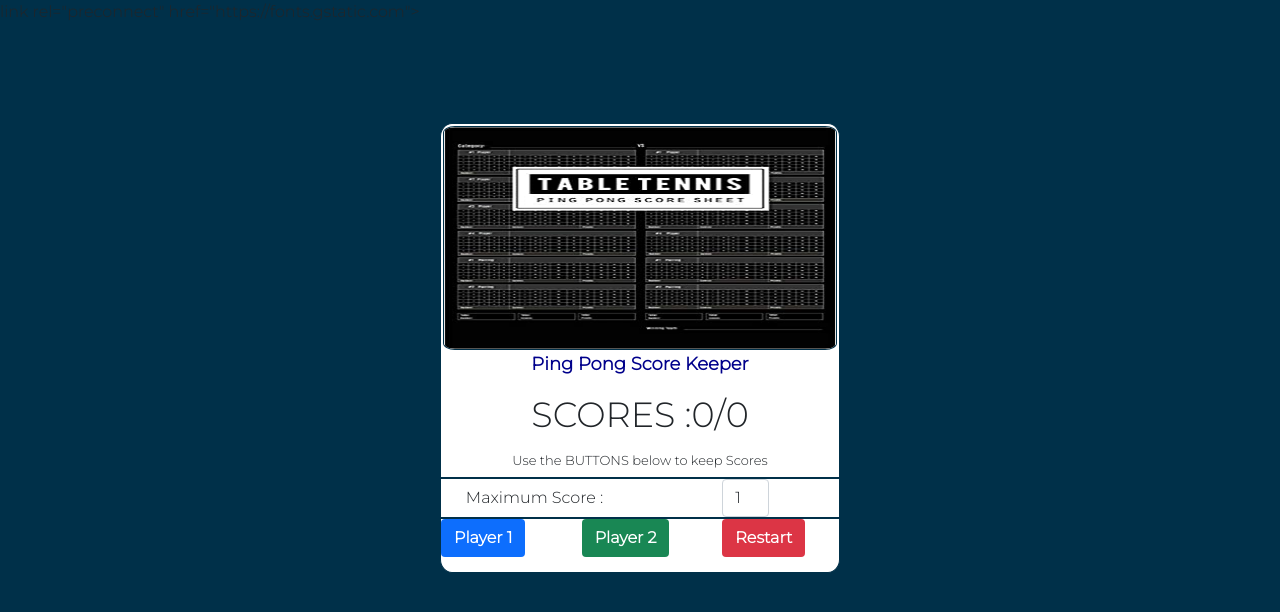
Repository: uditjain100/JavaScript-for-Web
Page: 9.Score Keeper Project/sk.html
An editor plug-in stored every save of this project. The page is shown before and after the next save, followed by the edit.
The browser window is 1280 px wide. The pictures show the whole page.

Above is the page before, as saved 2021-01-23 11:21:52.

### 9.Score Keeper Project/sk.html
<!DOCTYPE html>
<html lang="en">
  <head>
    <meta charset="UTF-8" />
    <meta name="viewport" content="width=device-width, initial-scale=1.0" />
    <title>Score Keeper</title>
    <link
      href="https://cdn.jsdelivr.net/npm/bootstrap@5.0.0-beta1/dist/css/bootstrap.min.css"
      rel="stylesheet"
      integrity="sha384-giJF6kkoqNQ00vy+HMDP7azOuL0xtbfIcaT9wjKHr8RbDVddVHyTfAAsrekwKmP1"
      crossorigin="anonymous"
    />
    link rel="preconnect" href="https://fonts.gstatic.com">
    <link
      href="https://fonts.googleapis.com/css2?family=Montserrat:wght@300&display=swap"
      rel="stylesheet"
    />
    <link rel="stylesheet" href="app.css" />
  </head>
  <body>
    <div class="container">
      <div id="mainbody" class="main" style="height: 450px">
        <img
          src="image.png"
          alt="Table_Tennis"
          class="img-fluid mx-auto"
          style="width: 99%; height: 50%"
        />

        <h6 id="heading" class="diaply-10">Ping Pong Score Keeper</h6>

        <div id="scores" class="scores m-2 p-1 mx-auto">
          <span id="score1" class="score">SCORES :</span>
          <span id="score2" class="score">0</span
          ><span id="score3" class="score">/</span
          ><span id="score4" class="score">0</span>
        </div>

        <h6 id="instruction">Use the BUTTONS below to keep Scores</h6>

        <div id="maxScores" class="row">
          <div class="col-6">
            <h6 id="max_score" class="display-10 fw-4">Maximum Score :</h6>
          </div>
          <div id="select_02" class="col-2">
            <select class="form-control" name="max-score" id="max-score">
              <option value="1">1</option>
              <option value="2">2</option>
              <option value="3">3</option>
              <option value="4">4</option>
              <option value="5">5</option>
            </select>
          </div>
        </div>

        <div id="allbtns" class="row">
          <div class="col">
            <button id="p1_btn" class="btn bg-primary">Player 1</button>
          </div>
          <div class="col">
            <button id="p2_btn" class="btn bg-success">Player 2</button>
          </div>
          <div class="col">
            <button id="reset" class="btn bg-danger">Restart</button>
          </div>
        </div>

        <!-- ********************* -->
      </div>
    </div>

    <script src="app.js"></script>
  </body>
</html>

### 9.Score Keeper Project/app.css
body {
  background-color: #003049;
  font-family: "Montserrat";
}

.container {
  display: flex;
  justify-content: center;
  align-items: center;
  min-height: 90vh;
}

img {
  display: flex;
  justify-content: center;
  margin-top: 2px;
  border: 0.5px #003049 solid;
  border-radius: 3%;
}

#mainbody {
  background-color: white;
  border: 0.5px #003049 solid;
  border-radius: 3%;
  width: 400px;
}

#heading {
  margin: 3px;
  padding: 1px;
  text-align: center;
  color: darkblue;
  font-weight: 900;
  font-size: large;
  font-family: "Montserrat";
}

#scores {
  display: flex;
  justify-content: center;
  align-items: center;
}

#instruction {
  text-align: center;
  font-size: small;
}

#maxScores {
  display: flex;
  align-items: center;
  border-top: 2px #003049 solid;
  border-bottom: 2px #003049 solid;
}

#max_score {
  padding: 2px;
  margin: 0px auto;
  text-align: center;
}

#select_02 {
  margin: 0px auto;
}

#score1 {
  text-align: center;
  font-size: 35px;
}
#score2 {
  text-align: center;
  font-size: 35px;
}
#score3 {
  text-align: center;
  font-size: 35px;
}
#score4 {
  text-align: center;
  font-size: 35px;
}

.btn {
  color: white;
  font-weight: 900;
}

#allbtns {
  display: flex;
  justify-content: space-evenly;
  align-items: center;
}

### 9.Score Keeper Project/app.js
var p1_score = document.querySelector("#score2");
var p2_score = document.querySelector("#score4");

var p1_btn = document.querySelector("#p1_btn");
var p2_btn = document.querySelector("#p2_btn");
var reset_btn = document.querySelector("#reset");

var max_score_selector = document.querySelector("#max-score");

var i = 0;
var j = 0;
var max = 5;
var isGameOyer = false;

max_score_selector.addEventListener("change", () => {
  max = this.value;
  reset();
});

p1_btn.addEventListener("click", () => {
  if (!isGameOyer) {
    if (i + 1 === max) {
      p1_score.innerText = ++i;
      p1_score.style.color = "Green";
      p2_score.style.color = "Red";
      i = 0;
      j = 0;
      isGameOyer = true;
      alert("Restart Game :)");
    } else {
      console.log("Heyyyyyyyyyyyy !!");
      p1_score.style.color = "Black";
      p1_score.innerText = ++i;
    }
  }
});

p2_btn.addEventListener("click", () => {
  if (!isGameOyer) {
    if (j + 1 === max) {
      p2_score.innerText = ++j;
      p2_score.style.color = "Green";
      p1_score.style.color = "Red";
      i = 0;
      j = 0;
      isGameOyer = true;
      alert("Restart Game :)");
    } else {
      console.log("Heyyyyyyyyyyyy !!");
      p2_score.style.color = "Black";
      p2_score.innerText = ++j;
    }
  }
});

reset_btn.addEventListener("click", reset);

function reset() {
  isGameOyer = false;
  i = 0;
  j = 0;
  p1_score.innerText = i;
  p2_score.innerText = j;
  p2_score.style.color = "Black";
  p1_score.style.color = "Black";
}

After the next save:
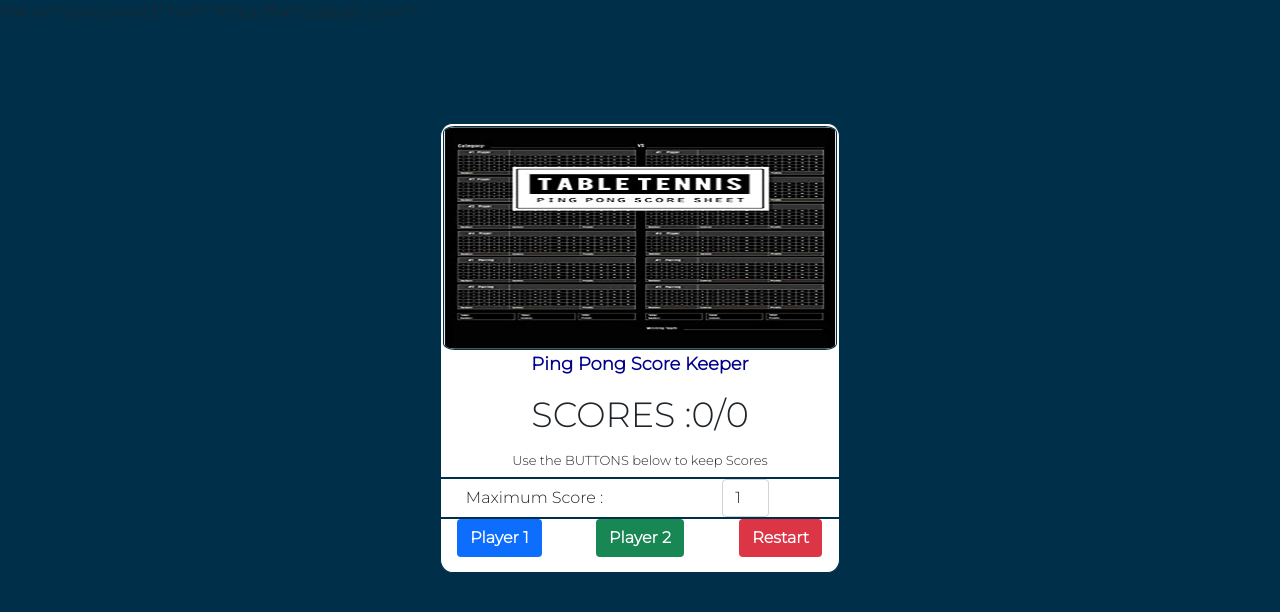
Saved 2 min 41 s later.
--- a/9.Score Keeper Project/app.css
+++ b/9.Score Keeper Project/app.css
@@ -85,7 +85,7 @@ img {
   font-weight: 900;
 }
 
-#allbtns {
+.col {
   display: flex;
   justify-content: space-evenly;
   align-items: center;
